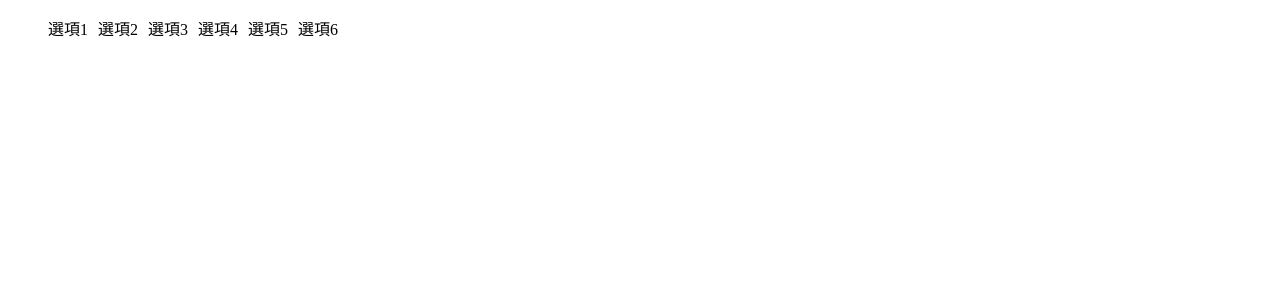
Repository: ninininiya/git01
Page: index.html
An editor plug-in stored every save of this project. The page is shown before and after the next save, followed by the edit.
The browser window is 1280 px wide. The pictures show the whole page.

Above is the page before, as saved 2024-05-29 15:33:26.

After the next save:
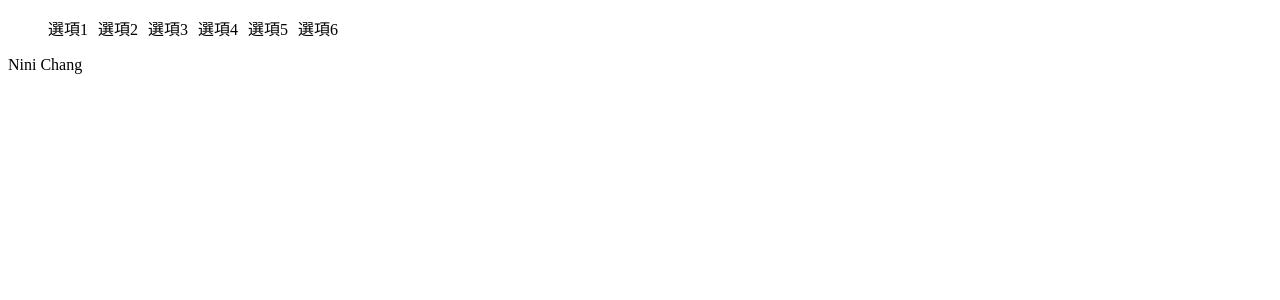
Saved 3 min 8 s later.
--- a/index.html
+++ b/index.html
@@ -23,5 +23,8 @@
             <li>選項6</li>
         </ul>
     </nav>
+    <main>
+        Nini Chang
+    </main>
 </body>
 </html>
